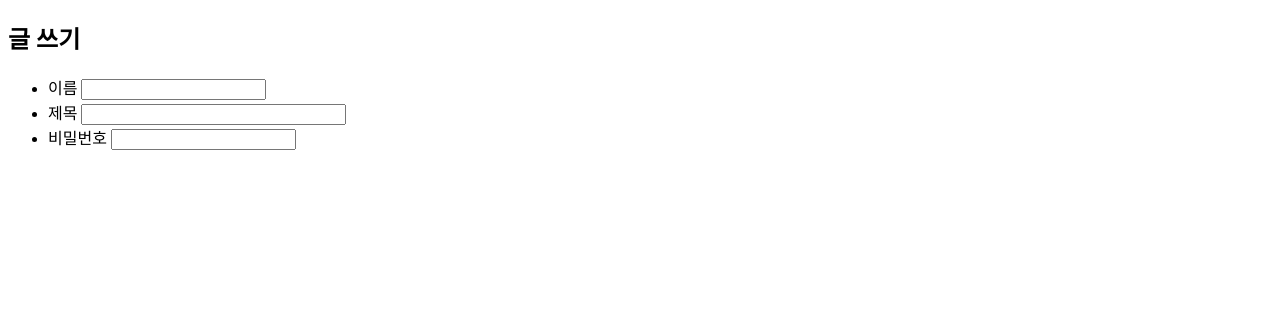
Repository: coolSummer1119/study
Page: http://localhost/ch03_Jsp/ch10_jdbc/insertForm.jsp
An editor plug-in stored every save of this project. The page is shown before and after the next save, followed by the edit.
The browser window is 1280 px wide. The pictures show the whole page.
The page is served by Tomcat 9.

Above is the page before, as saved 2024-04-25 01:50:30.

After the next save:
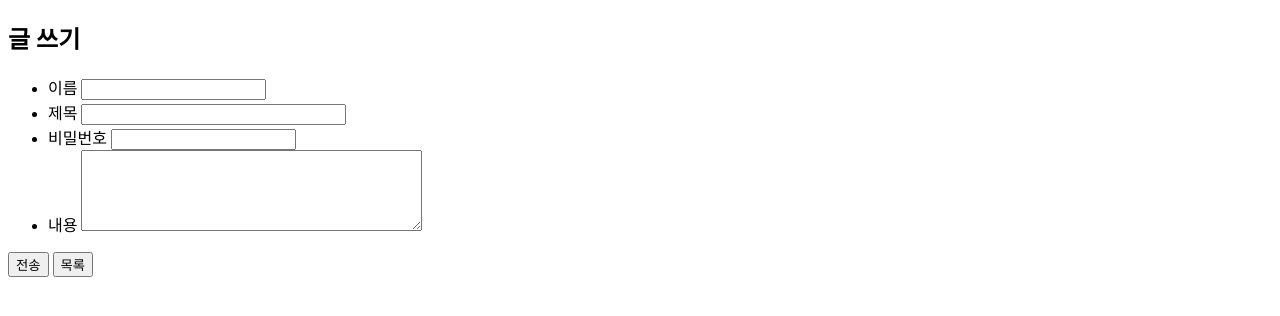
Saved 18 min 30 s later.
--- a/workspace/ch03_Jsp/src/main/webapp/ch10_jdbc/insertForm.jsp
+++ b/workspace/ch03_Jsp/src/main/webapp/ch10_jdbc/insertForm.jsp
@@ -24,7 +24,16 @@
 				<label id="passwd">비밀번호</label>
 				<input type="password" name="passwd" id="passwd" size="20" maxlength="10">
 			</li>
+			<li>
+				<label for="content">내용</label>
+				<textarea rows="5" cols="40" name="content" id="content"></textarea>
+			</li>
 		</ul>
+		<div class="align-center">
+			<input type="submit" value="전송">
+			<input type="button" value="목록" onclick="location.href='selectTest.jsp'">
+
+		</div>
 	</form>
 </div>
 </body>
